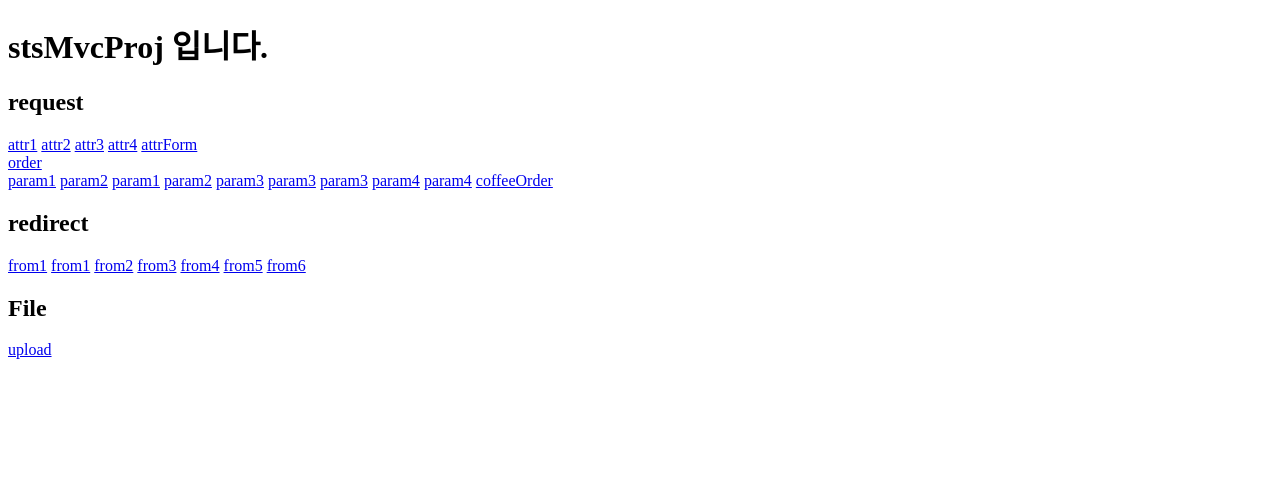
Repository: Yousehyeon/spring_work
Page: stsMvcProj/src/main/webapp/views/home.html
These files come from the project's save history. The page is drawn as it stood at one moment and after a run of saves; the edit follows.
The browser window is 1280 px wide. The pictures show the whole page.

Above is the page before, as saved 2023-08-21 07:08:48.

### stsMvcProj/src/main/webapp/views/home.html
<!DOCTYPE html>
<html>
<head>
<meta charset="UTF-8">
<title>stsMvcProj</title>
</head>
<body>
<h1>stsMvcProj 입니다.</h1>
<h2>request</h2>
<a href="request/attr1">attr1</a>
<a href="request/attr2">attr2</a>
<a href="request/attr3">attr3</a>
<a href="request/attr4?age=33&nick=zxcv&jum=56&jum=59&jum=52&gender=mm&mil=true">attr4</a>
<a href="request/attrForm">attrForm</a>
<br/>
<a href="request/order">order</a>
<br/>
<a href="request/param1?id=aaa&age=45&marriage=true">param1</a>
<a href="request/param2?id=bbb&age=34&marriage=true">param2</a>
<a href="request/param1?id=ccc">param1</a>
<a href="request/param2?id=ddd">param2</a>
<a href="request/param3?id=eee&age=27&marriage=true">param3</a>
<a href="request/param3?id=fff&aaa=23&mrg=true">param3</a>
<a href="request/param3?id=ggg">param3</a>
<a href="request/param4?id=hhh&aaa=28&mrg=true">param4</a>
<a href="request/param4?id=iii">param4</a>
<a href="request/coffee">coffeeOrder</a>
<h2>redirect</h2>
<a href="red/from1">from1</a>
<a href="red/from1?id=aaa&age=44&marriage=true">from1</a>
<a href="red/from2">from2</a>
<a href="red/from3">from3</a>
<a href="red/from4?id=ddd&age=25&marriage=false">from4</a>
<a href="red/from5?id=eee&age=27&marriage=false">from5</a>
<a href="red/from5?id=fff&age=25&marriage=true">from6</a>
<h2>File</h2>
<a href="file/upload">upload</a>
</body>
</html>

After the next 2 saves:
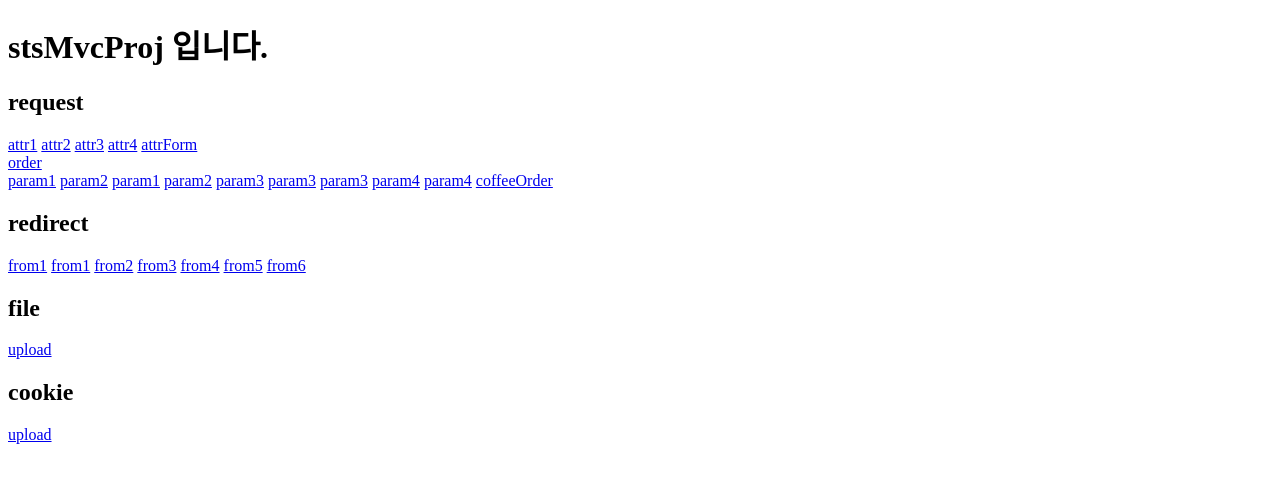
The 2 saves are shown as one change because they came seconds apart.
The last was saved 19 h 57 min later.
--- a/stsMvcProj/src/main/webapp/views/home.html
+++ b/stsMvcProj/src/main/webapp/views/home.html
@@ -33,7 +33,9 @@
 <a href="red/from4?id=ddd&age=25&marriage=false">from4</a>
 <a href="red/from5?id=eee&age=27&marriage=false">from5</a>
 <a href="red/from5?id=fff&age=25&marriage=true">from6</a>
-<h2>File</h2>
+<h2>file</h2>
+<a href="file/upload">upload</a>
+<h2>cookie</h2>
 <a href="file/upload">upload</a>
 </body>
 </html>
